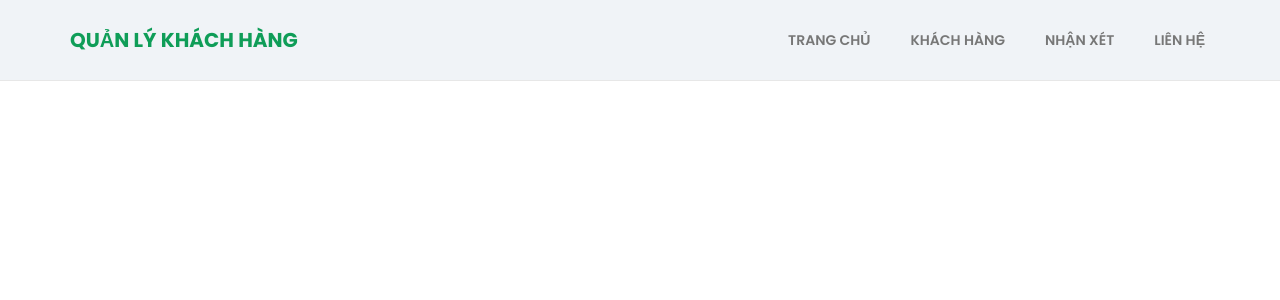
Repository: huutien1904/bt2-ltw
Page: index.html
These files come from the project's save history. The page is drawn as it stood at one moment and after the next save; the edit follows.
The browser window is 1280 px wide. The pictures show the whole page.

Above is the page before, as saved 2021-11-03 21:18:12.

After the next save:
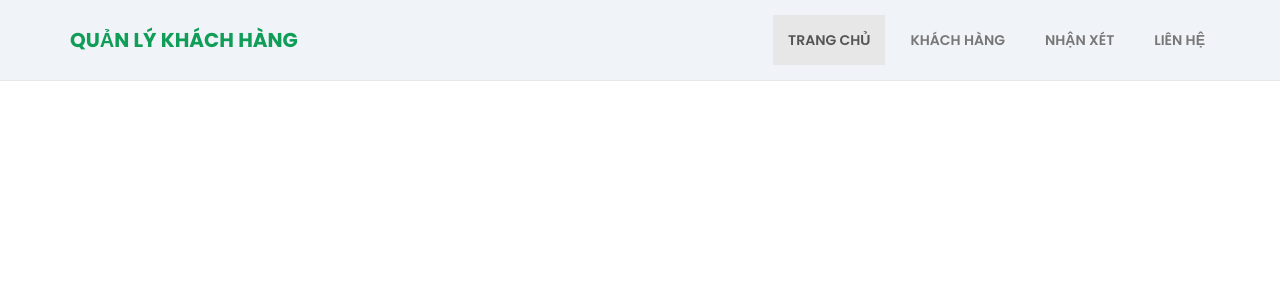
Saved 10 s later.
--- a/index.html
+++ b/index.html
@@ -26,7 +26,7 @@
           </div>
           <div class="collapse navbar-collapse" id="myNavbar">
             <ul class="nav navbar-nav navbar-right">
-              <li><a href="#about">TRANG CHỦ</a></li>
+              <li class="active"><a href="#about">TRANG CHỦ</a></li>
               <li><a href="#services">KHÁCH HÀNG</a></li>
               <li><a href="#pricing">NHẬN XÉT</a></li>
               <li><a href="#contact">LIÊN HỆ</a></li>
